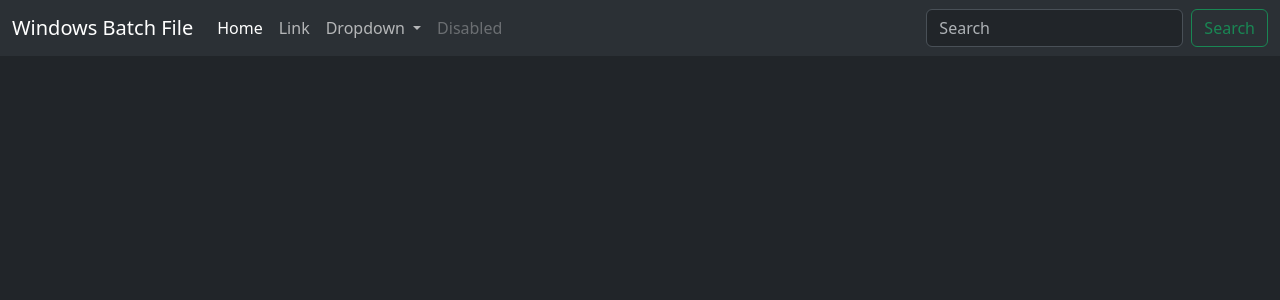
Repository: VictoriousMango/Archive
Page: index.html
An editor plug-in stored every save of this project. The page is shown before and after the next save, followed by the edit.
The browser window is 1280 px wide. The pictures show the whole page.

Above is the page before, as saved 2024-06-05 23:27:32.

After the next save:
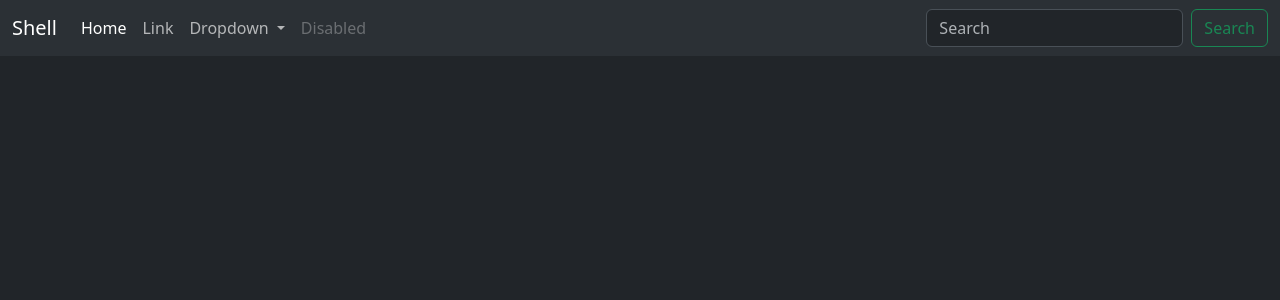
Saved 54 s later.
--- a/index.html
+++ b/index.html
@@ -9,7 +9,7 @@
         <!-- NavBar -->
         <nav class="navbar navbar-expand-lg bg-body-tertiary ">
             <div class="container-fluid">
-                <a href="#" class="navbar-brand" role="button" onclick="Toggling()">Windows Batch File</a>
+                <a href="#" class="navbar-brand" role="button" onclick="Toggling()">Shell</a>
               <button class="navbar-toggler" type="button" data-bs-toggle="collapse" data-bs-target="#navbarSupportedContent" aria-controls="navbarSupportedContent" aria-expanded="false" aria-label="Toggle navigation">
                 <span class="navbar-toggler-icon"></span>
               </button>
